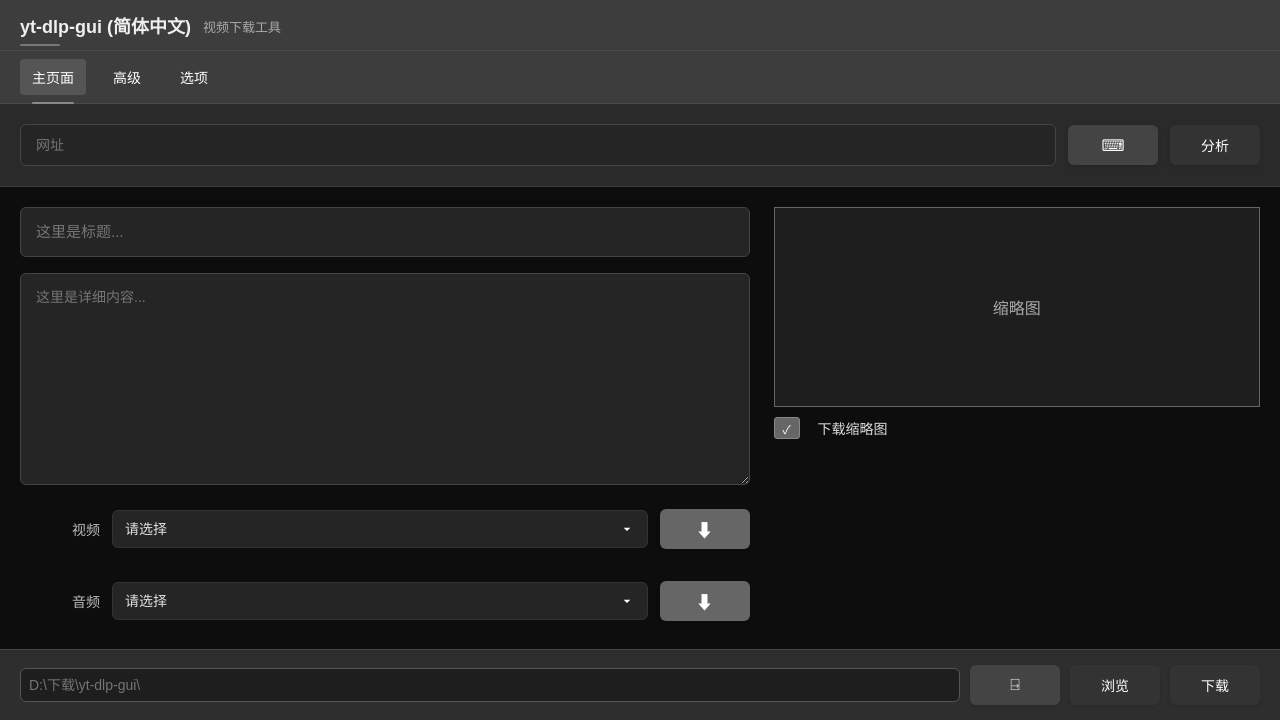
Repository: zArvin6808/yt-TubeSaver
Page: index.html
An editor plug-in stored every save of this project. The page is shown before and after the next save, followed by the edit.
The browser window is 1280 px wide. The pictures show the whole page.

Above is the page before, as saved 2025-06-07 16:55:51.

### index.html
<!DOCTYPE html>
<html lang="zh-CN">
<head>
  <meta charset="UTF-8" />
  <title>yt-dlp-gui (简体中文)</title>
  <meta name="viewport" content="width=device-width, initial-scale=1.0"/>
  <link rel="stylesheet" href="style.css" />
</head>
<body>

  <!-- 标题栏 -->
  <div class="title-bar">
    <h1>yt-dlp-gui (简体中文)</h1>
    <span>视频下载工具</span>
  </div>

  <!-- 导航栏 -->
  <div class="navbar">
    <a href="#" class="nav-link active" data-page="main">主页面</a>
    <a href="#" class="nav-link" data-page="advanced">高级</a>
    <a href="#" class="nav-link" data-page="settings">选项</a>
  </div>

  <!-- 主页面内容 -->
  <div id="main" class="page active">
    <!-- 网址与按钮 占据整行 -->
    <div class="url-analysis-row">
      <input type="text" id="urlInput" placeholder="网址" />
      <button class="icon-button" id="pasteButton">⌨</button>
      <button id="analyzeButton">分析</button>
    </div>

    <!-- 主内容 -->
    <div class="main">
      <!-- 左侧面板 -->
      <div class="left-panel">
        <textarea class="title-input" id="titleInput" placeholder="这里是标题..." readonly></textarea>
        <textarea class="content-textarea" id="contentTextarea" placeholder="这里是详细内容..."></textarea>

        <!-- 视频行 -->
        <div class="select-group">
          <label for="video-select">视频</label>
          <select id="video-select">
            <option>请选择</option>
            <option value="video1">视频格式1</option>
            <option value="video2">视频格式2</option>
          </select>
          <button class="download-button" id="downloadVideoButton">⬇</button>
        </div>

        <!-- 音频行 -->
        <div class="select-group">
          <label for="audio-select">音频</label>
          <select id="audio-select">
            <option>请选择</option>
            <option value="audio1">音频格式1</option>
            <option value="audio2">音频格式2</option>
          </select>
          <button class="download-button" id="downloadAudioButton">⬇</button>
        </div>
      </div>

      <!-- 右侧面板 -->
      <div class="right-panel">
        <div class="thumbnail" id="thumbnailPreview">缩略图</div>
        <div class="checkbox-group">
          <input type="checkbox" id="download-thumb" checked />
          <label for="download-thumb">下载缩略图</label>
        </div>
      </div>
    </div>

    <!-- 路径栏 -->
    <div class="path-bar">
      <input type="text" id="pathInput" placeholder="D:\下载\yt-dlp-gui\" />
      <button class="icon-button" id="refreshPathButton">⍈</button>
      <button id="selectPathButton">浏览</button>
      <button id="downloadButton">下载</button>
    </div>
  </div>

  <!-- 高级页面 -->
  <div id="advanced" class="page">
    <div class="test-content">
      <h2>高级设置（测试页面）</h2>
      <p>这是高级设置页面的测试内容。该页面将用于配置更详细的下载选项。</p>
      <p>未来这里将包含：</p>
      <ul style="color: #aaa; margin-left: 20px;">
        <li>视频质量设置</li>
        <li>下载速度限制</li>
        <li>字幕选项</li>
        <li>格式选择</li>
      </ul>
    </div>
  </div>

  <!-- 选项页面 -->
  <div id="settings" class="page">
    <div class="test-content">
      <h2>全局设置（测试页面）</h2>
      <p>这是选项设置页面的测试内容。该页面将用于配置软件的全局设置。</p>
      <p>未来这里将包含：</p>
      <ul style="color: #aaa; margin-left: 20px;">
        <li>界面语言设置</li>
        <li>默认下载路径</li>
        <li>代理设置</li>
        <li>主题选择</li>
      </ul>
    </div>
  </div>

  <script src="script.js"></script>
</body>
</html>

### style.css
    * {
      box-sizing: border-box;
      margin: 0;
      padding: 0;
      font-family: "Microsoft YaHei", sans-serif;
    }

    body {
      background-color: #2e2e2e;
      color: #ffffff;
      display: flex;
      flex-direction: column;
      min-height: 100vh;
    }

    /* 标题栏 */
    .title-bar {
      background-color: #3d3d3d;
      display: flex;
      align-items: center;
      padding: 12px 20px;
      gap: 12px;
      border-bottom: 1px solid #4a4a4a;
    }

    .title-bar h1 {
      font-size: 18px;
      margin: 0;
      font-weight: 600;
      position: relative;
    }

    .title-bar h1::after {
      content: "";
      position: absolute;
      bottom: -8px;
      left: 0;
      width: 40px;
      height: 2px;
      background-color: #777;
      border-radius: 1px;
    }

    .title-bar span {
      font-size: 13px;
      color: #aaa;
      margin-top: 2px;
    }

    /* 导航栏 */
    .navbar {
      background-color: #3d3d3d;
      display: flex;
      padding: 8px 20px;
      gap: 15px;
      border-bottom: 1px solid #4a4a4a;
    }

    .navbar a {
      color: white;
      text-decoration: none;
      font-size: 14px;
      cursor: pointer;
      padding: 8px 12px;
      border-radius: 4px;
      transition: all 0.2s ease;
      position: relative;
    }

    .navbar a:hover {
      background-color: #4a4a4a;
      transform: translateY(-1px);
    }

    .navbar a.active {
      background-color: #555;
      font-weight: 500;
    }

    .navbar a.active::after {
      content: "";
      position: absolute;
      bottom: -9px;
      left: 12px;
      right: 12px;
      height: 2px;
      background-color: #888;
      border-radius: 1px;
    }

    @media (max-width: 768px) {
      .title-bar {
        padding: 10px 15px;
      }

      .title-bar h1 {
        font-size: 16px;
      }

      .title-bar span {
        font-size: 12px;
      }

      .navbar {
        padding: 6px 15px;
        gap: 10px;
      }

      .navbar a {
        padding: 6px 10px;
        font-size: 13px;
      }
    }

    /* 页面切换相关样式 */
    .page {
      display: none;
      flex-direction: column;
      flex-grow: 1;
    }

    .page.active {
      display: flex;
    }

    /* 网址与按钮容器：占满整行 */
    .url-analysis-row {
      display: flex;
      align-items: center;
      padding: 20px;
      gap: 12px;
      width: 100%;
      box-sizing: border-box;
      background-color: #2a2a2a;
      border-bottom: 1px solid #3a3a3a;
    }

    .url-analysis-row input[type="text"] {
      background-color: #252525;
      color: #ffffff;
      border: 1px solid #444;
      padding: 12px 15px;
      font-size: 14px;
      flex-grow: 1;
      border-radius: 6px;
      transition: all 0.2s ease;
    }

    .url-analysis-row input[type="text"]:focus {
      outline: none;
      border-color: #666;
      box-shadow: 0 0 0 3px rgba(100, 100, 100, 0.3);
      background-color: #2a2a2a;
    }

    .url-analysis-row.loading {
      position: relative;
    }

    .url-analysis-row.loading::after {
      content: "";
      position: absolute;
      bottom: 0;
      left: 0;
      width: 100%;
      height: 2px;
      background: linear-gradient(90deg, transparent, #666, transparent);
      animation: loading 1.5s infinite;
    }

    @keyframes loading {
      0% { transform: translateX(-100%); }
      100% { transform: translateX(100%); }
    }

    /* 主内容容器 */
    .main {
      display: flex;
      flex-direction: row;
      padding: 20px;
      gap: 24px;
      flex-grow: 1;
    }

    /* 左侧区域 */
    .left-panel {
      display: flex;
      flex-direction: column;
      width: 60%;
      gap: 16px;
    }

    .title-input {
      background-color: #252525;
      color: #ffffff;
      border: 1px solid #444;
      padding: 12px 15px;
      font-size: 15px;
      height: 50px;
      resize: none;
      border-radius: 6px;
      transition: all 0.2s ease;
    }

    .title-input:focus {
      outline: none;
      border-color: #666;
      box-shadow: 0 0 0 3px rgba(100, 100, 100, 0.3);
      background-color: #2a2a2a;
    }

    .content-textarea {
      background-color: #252525;
      color: #ffffff;
      border: 1px solid #444;
      padding: 12px 15px;
      font-size: 14px;
      resize: vertical;
      min-height: 120px;
      flex-grow: 1;
      border-radius: 6px;
      transition: all 0.2s ease;
    }

    .content-textarea:focus {
      outline: none;
      border-color: #666;
      box-shadow: 0 0 0 3px rgba(100, 100, 100, 0.3);
      background-color: #2a2a2a;
    }

    /* 视频/音频选择器 - 每组一行 */
    .select-group {
      display: flex;
      align-items: center;
      gap: 12px;
      padding: 8px 0;
    }

    select {
      background-color: #252525;
      color: #ffffff;
      border: 1px solid #444;
      padding: 8px 12px;
      font-size: 14px;
      flex-grow: 1;
      border-radius: 6px;
      transition: all 0.2s ease;
      appearance: none;
      background-image: url("data:[embedded picture, 150 characters]");
      background-repeat: no-repeat;
      background-position: right 12px center;
      background-size: 16px;
    }

    select:focus {
      outline: none;
      border-color: #666;
      box-shadow: 0 0 0 3px rgba(100, 100, 100, 0.3);
      background-color: #2a2a2a;
    }

    label {
      font-size: 14px;
      text-align: right;
      flex-shrink: 0;
      width: 80px;
      color: #bbb;
    }

    /* 基础按钮样式 */
    button {
      background-color: #444;
      color: white;
      border: none;
      padding: 10px 16px;
      cursor: pointer;
      font-size: 14px;
      transition: all 0.2s cubic-bezier(0.22, 1, 0.36, 1);
      border-radius: 6px;
      min-width: 90px;
      font-weight: 500;
      display: flex;
      align-items: center;
      justify-content: center;
      gap: 6px;
      position: relative;
      overflow: hidden;
    }

    button:hover {
      background-color: #555;
      transform: translateY(-1px);
      box-shadow: 0 2px 8px rgba(0, 0, 0, 0.2);
    }

    button:active {
      background-color: #3a3a3a;
      transform: translateY(0);
      box-shadow: 0 1px 2px rgba(0, 0, 0, 0.1);
    }

    button:disabled {
      opacity: 0.7;
      cursor: not-allowed;
      transform: none !important;
    }

    button .spinner {
      width: 16px;
      height: 16px;
      border: 2px solid rgba(255, 255, 255, 0.3);
      border-radius: 50%;
      border-top-color: white;
      animation: spin 0.8s linear infinite;
      margin-right: 6px;
    }

    @keyframes spin {
      to { transform: rotate(360deg); }
    }

    button.primary {
      background-color: #666;
      box-shadow: 0 2px 4px rgba(0, 0, 0, 0.2);
    }

    button.primary:hover {
      background-color: #777;
      box-shadow: 0 4px 8px rgba(0, 0, 0, 0.2);
    }

    button.primary:active {
      background-color: #5a5a5a;
      box-shadow: 0 1px 2px rgba(0, 0, 0, 0.1);
    }

    /* 图标按钮样式 */
    .icon-button {
      background-color: #444;
      color: #ffffff;
      border: none;
      cursor: pointer;
      font-size: 16px;
      transition: all 0.2s cubic-bezier(0.22, 1, 0.36, 1);
      display: flex;
      justify-content: center;
      align-items: center;
      border-radius: 6px;
      width: 40px;
      height: 40px;
      position: relative;
      overflow: hidden;
    }

    .icon-button:hover {
      background-color: #555;
      transform: translateY(-1px);
      box-shadow: 0 2px 8px rgba(0, 0, 0, 0.2);
    }

    .icon-button:active {
      background-color: #3a3a3a;
      transform: translateY(0);
      box-shadow: 0 1px 2px rgba(0, 0, 0, 0.1);
    }

    .icon-button:disabled {
      opacity: 0.7;
      cursor: not-allowed;
      transform: none !important;
    }

    /* 下载图标按钮样式 */
    .download-button {
      width: 40px;
      height: 40px;
      display: flex;
      justify-content: center;
      align-items: center;
      font-size: 18px;
      padding: 0;
      background-color: #666;
      border: none;
      border-radius: 6px;
      transition: all 0.2s cubic-bezier(0.22, 1, 0.36, 1);
      position: relative;
      overflow: hidden;
    }

    .download-button:hover {
      background-color: #777;
      transform: translateY(-1px);
      box-shadow: 0 2px 8px rgba(0, 0, 0, 0.2);
    }

    .download-button:active {
      background-color: #5a5a5a;
      transform: translateY(0);
      box-shadow: 0 1px 2px rgba(0, 0, 0, 0.1);
    }

    .download-button:disabled {
      opacity: 0.7;
      cursor: not-allowed;
      transform: none !important;
    }

    /* 错误状态 */
    .error-state {
      border-color: #ff4d4d !important;
      background-color: #2a1a1a !important;
    }

    .error-state:focus {
      box-shadow: 0 0 0 3px rgba(255, 77, 77, 0.3) !important;
    }

    /* 成功状态 */
    .success-state {
      border-color: #4dff4d !important;
      background-color: #1a2a1a !important;
    }

    .success-state:focus {
      box-shadow: 0 0 0 3px rgba(77, 255, 77, 0.3) !important;
    }

    /* 加载状态 */
    .loading-state::after {
      content: "";
      position: absolute;
      bottom: 0;
      left: 0;
      width: 100%;
      height: 2px;
      background: linear-gradient(90deg, transparent, #666, transparent);
      animation: loading 1.5s infinite;
    }

    @keyframes loading {
      0% { transform: translateX(-100%); }
      100% { transform: translateX(100%); }
    }

    @media (max-width: 768px) {
      .main {
        flex-direction: column;
        padding: 15px;
        gap: 16px;
      }

      .left-panel, .right-panel {
        width: 100%;
      }

      .url-analysis-row {
        padding: 15px;
        gap: 10px;
      }

      .select-group {
        flex-direction: column;
        align-items: flex-start;
      }

      label {
        width: auto;
        text-align: left;
      }
    }

    /* 右侧面板：缩略图和下载缩略图选项 */
    .right-panel {
      display: flex;
      flex-direction: column;
      width: 40%;
      gap: 10px;
    }

    .thumbnail {
      width: 100%;
      height: 200px;
      background-color: #1e1e1e;
      display: flex;
      justify-content: center;
      align-items: center;
      color: #aaa;
      font-size: 16px;
      border: 1px solid #666;
      transition: all 0.2s ease;
    }

    .thumbnail.loading {
      background-color: #252525;
      border-color: #888;
    }

    .thumbnail img {
      max-width: 100%;
      max-height: 100%;
      object-fit: contain;
    }

    .checkbox-group {
      display: flex;
      align-items: center;
      gap: 8px;
    }

    .checkbox-group input[type="checkbox"] {
      appearance: none;
      width: 16px;
      height: 16px;
      border: 1px solid #666;
      background-color: #1e1e1e;
      border-radius: 3px;
      cursor: pointer;
      position: relative;
      transition: all 0.2s ease;
    }

    .checkbox-group input[type="checkbox"]:checked {
      background-color: #666;
      border-color: #888;
    }

    .checkbox-group input[type="checkbox"]:checked::after {
      content: "✓";
      position: absolute;
      color: white;
      font-size: 12px;
      top: 50%;
      left: 50%;
      transform: translate(-50%, -50%);
    }

    .checkbox-group input[type="checkbox"]:focus {
      outline: none;
      box-shadow: 0 0 0 2px rgba(150, 150, 150, 0.2);
    }

    .checkbox-group label {
      font-size: 14px;
      color: #ddd;
      cursor: pointer;
    }

    /* 路径栏 */
    .path-bar {
      display: flex;
      align-items: center;
      gap: 10px;
      padding: 15px 20px;
      background-color: #2e2e2e;
      border-top: 1px solid #444;
    }

    .path-bar input {
      flex-grow: 1;
      padding: 8px;
      background-color: #1e1e1e;
      color: #fff;
      border: 1px solid #555;
      font-size: 14px;
    }

    /* 测试页面样式 */
    .test-content {
      padding: 20px;
      display: flex;
      flex-direction: column;
      gap: 20px;
    }

    .test-content h2 {
      color: #fff;
      font-size: 18px;
      margin-bottom: 10px;
    }

    .test-content p {
      color: #aaa;
      font-size: 14px;
      line-height: 1.6;
    }

    /* 滚动条样式 */
    ::-webkit-scrollbar {
      width: 10px;
      height: 10px;
    }
    ::-webkit-scrollbar-track {
      background: #1e1e1e;
      border-radius: 5px;
    }
    ::-webkit-scrollbar-thumb {
      background: #666;
      border-radius: 5px;
      border: 2px solid #1e1e1e;
      transition: all 0.3s cubic-bezier(0.22, 1, 0.36, 1);
    }
    ::-webkit-scrollbar-thumb:hover {
      background: #777;
      transform: scale(1.05);
    }
    ::-webkit-scrollbar-corner {
      background: #1e1e1e;
    }

    /* 全局美化 - 增强版 */
    body {
      color: #f0f0f0;
      background-color: #0d0d0d;
      font-smooth: antialiased;
      -webkit-font-smoothing: antialiased;
    }

    /* 增强的卡片样式 */
    .card {
      background-color: #1a1a1a;
      border-radius: 12px;
      padding: 24px;
      box-shadow:
        0 2px 4px rgba(0, 0, 0, 0.1),
        0 4px 12px rgba(0, 0, 0, 0.15),
        0 8px 24px rgba(0, 0, 0, 0.2);
      transition:
        transform 0.3s cubic-bezier(0.34, 1.56, 0.64, 1),
        box-shadow 0.3s cubic-bezier(0.34, 1.56, 0.64, 1);
      border: 1px solid #2a2a2a;
      position: relative;
      overflow: hidden;
    }

    .card::before {
      content: '';
      position: absolute;
      top: 0;
      left: 0;
      right: 0;
      height: 1px;
      background: linear-gradient(90deg, transparent, #444, transparent);
    }

    .card:hover {
      box-shadow:
        0 4px 8px rgba(0, 0, 0, 0.15),
        0 8px 24px rgba(0, 0, 0, 0.25),
        0 16px 48px rgba(0, 0, 0, 0.3);
      transform: translateY(-4px);
    }

    .card:active {
      transform: translateY(-1px);
      transition-duration: 0.1s;
    }

    /* 按钮美化 */
    button {
      background-color: #333;
      color: white;
      border: none;
      padding: 10px 20px;
      border-radius: 6px;
      cursor: pointer;
      font-size: 14px;
      transition: all 0.3s cubic-bezier(0.22, 1, 0.36, 1);
      box-shadow: 0 2px 4px rgba(0, 0, 0, 0.1);
      position: relative;
      overflow: hidden;
    }

    button:hover {
      background-color: #444;
      box-shadow: 0 4px 8px rgba(0, 0, 0, 0.2);
      transform: translateY(-1px);
    }

    button:active {
      background-color: #2a2a2a;
      transform: translateY(0);
    }

    button.primary {
      background-color: #555;
      box-shadow: 0 2px 6px rgba(0, 0, 0, 0.2);
    }

    button.primary:hover {
      background-color: #666;
    }

    /* 输入框美化 */
    input, textarea, select {
      background-color: #252525;
      border: 1px solid #333;
      color: #e0e0e0;
      padding: 10px 12px;
      border-radius: 6px;
      transition: all 0.3s ease;
    }

    input:focus, textarea:focus, select:focus {
      outline: none;
      border-color: #555;
      box-shadow: 0 0 0 2px rgba(85, 85, 85, 0.2);
    }

    /* 分隔线 */
    hr {
      border: none;
      height: 1px;
      background-color: #333;
      margin: 20px 0;
    }

    /* 链接样式 */
    a {
      color: #9e9e9e;
      text-decoration: none;
      transition: color 0.2s ease;
    }

    a:hover {
      color: #e0e0e0;
      text-decoration: underline;
    }

    /* Toast通知系统 */
    .toast-container {
      position: fixed;
      bottom: 20px;
      right: 20px;
      display: flex;
      flex-direction: column;
      gap: 10px;
      z-index: 1000;
      max-width: 300px;
    }

    .toast {
      padding: 12px 16px;
      border-radius: 6px;
      color: white;
      font-size: 14px;
      display: flex;
      align-items: center;
      gap: 10px;
      box-shadow: 0 4px 12px rgba(0, 0, 0, 0.15);
      opacity: 0;
      transform: translateY(20px);
      transition: all 0.3s cubic-bezier(0.22, 1, 0.36, 1);
      position: relative;
      overflow: hidden;
    }

    .toast.show {
      opacity: 1;
      transform: translateY(0);
    }

    .toast.hide {
      opacity: 0;
      transform: translateY(-20px);
    }

    .toast::after {
      content: "";
      position: absolute;
      bottom: 0;
      left: 0;
      width: 100%;
      height: 4px;
      background: rgba(255, 255, 255, 0.3);
    }

    .toast::before {
      content: "";
      position: absolute;
      bottom: 0;
      left: 0;
      width: 100%;
      height: 4px;
      background: rgba(255, 255, 255, 0.6);
      animation: toastProgress 3s linear forwards;
    }

    @keyframes toastProgress {
      from { width: 100%; }
      to { width: 0%; }
    }

    .toast-success {
      background-color: #2e7d32;
    }

    .toast-error {
      background-color: #c62828;
    }

    .toast-warning {
      background-color: #f9a825;
      color: #212121;
    }

    .toast-info {
      background-color: #0277bd;
    }

    .toast-icon {
      font-size: 18px;
      flex-shrink: 0;
    }

    .toast-close {
      margin-left: auto;
      cursor: pointer;
      opacity: 0.7;
      transition: opacity 0.2s;
      padding: 4px;
      display: flex;
      align-items: center;
      justify-content: center;
    }

    .toast-close:hover {
      opacity: 1;
    }

    @media (max-width: 768px) {
      .toast-container {
        bottom: 10px;
        right: 10px;
        left: 10px;
        max-width: none;
      }

      .toast {
        width: 100%;
        box-sizing: border-box;
      }
    }

Loaded but not shown: script.js (398 lines, source omitted)

After the next save:
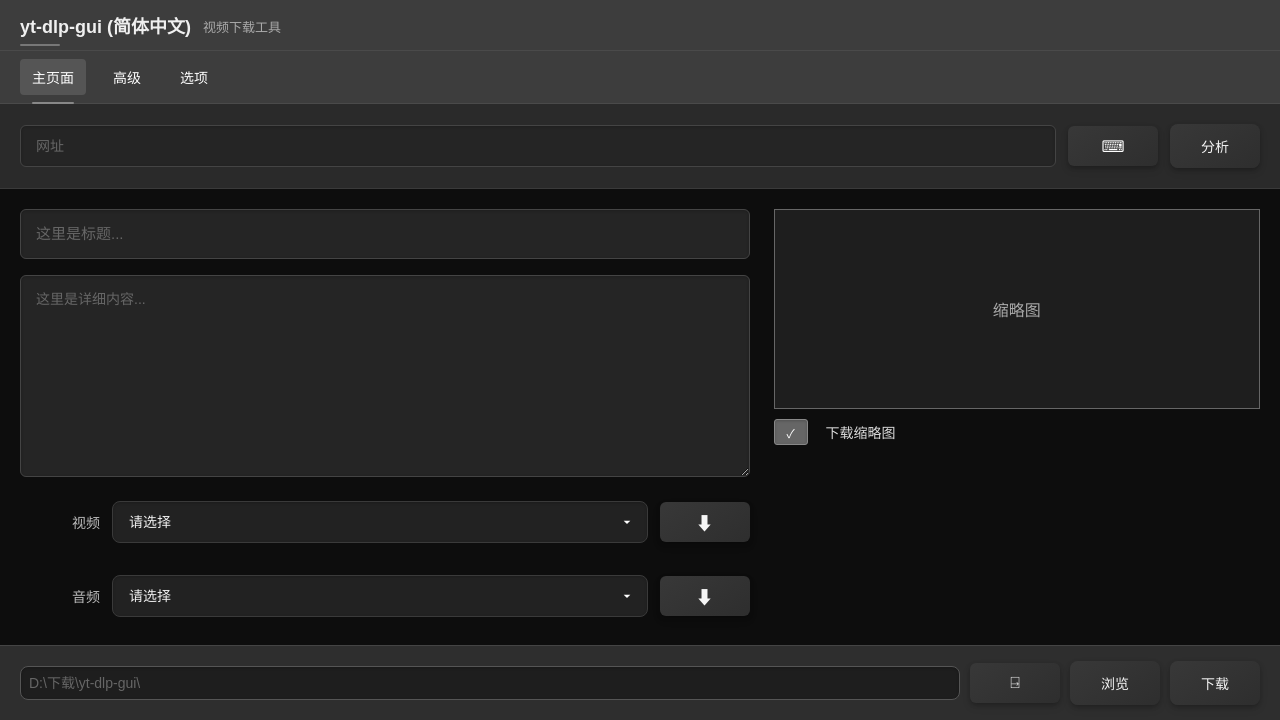
Saved 87 s later.
--- a/style.css
+++ b/style.css
@@ -656,55 +656,117 @@
       transition-duration: 0.1s;
     }
 
-    /* 按钮美化 */
+    /* 增强的按钮样式 */
     button {
-      background-color: #333;
-      color: white;
+      background: linear-gradient(145deg, #383838, #2e2e2e);
+      color: #f5f5f5;
       border: none;
-      padding: 10px 20px;
-      border-radius: 6px;
+      padding: 12px 24px;
+      border-radius: 8px;
       cursor: pointer;
       font-size: 14px;
-      transition: all 0.3s cubic-bezier(0.22, 1, 0.36, 1);
-      box-shadow: 0 2px 4px rgba(0, 0, 0, 0.1);
+      font-weight: 500;
+      transition: all 0.3s cubic-bezier(0.34, 1.56, 0.64, 1);
+      box-shadow:
+        0 2px 4px rgba(0, 0, 0, 0.2),
+        0 4px 8px rgba(0, 0, 0, 0.1);
       position: relative;
       overflow: hidden;
+      transform-style: preserve-3d;
+    }
+
+    button::before {
+      content: '';
+      position: absolute;
+      top: 0;
+      left: 0;
+      right: 0;
+      bottom: 0;
+      background: linear-gradient(145deg, #444, #3a3a3a);
+      opacity: 0;
+      transition: opacity 0.3s ease;
+      z-index: -1;
     }
 
     button:hover {
-      background-color: #444;
-      box-shadow: 0 4px 8px rgba(0, 0, 0, 0.2);
-      transform: translateY(-1px);
+      transform: translateY(-2px) scale(1.02);
+      box-shadow:
+        0 4px 8px rgba(0, 0, 0, 0.25),
+        0 8px 16px rgba(0, 0, 0, 0.15);
     }
 
     button:active {
-      background-color: #2a2a2a;
-      transform: translateY(0);
+      transform: translateY(1px) scale(0.98);
+      box-shadow:
+        0 1px 2px rgba(0, 0, 0, 0.2);
+      transition-duration: 0.1s;
+    }
+
+    button:active::before {
+      opacity: 1;
     }
 
     button.primary {
-      background-color: #555;
-      box-shadow: 0 2px 6px rgba(0, 0, 0, 0.2);
-    }
-
-    button.primary:hover {
-      background-color: #666;
-    }
-
-    /* 输入框美化 */
+      background: linear-gradient(145deg, #4a4a4a, #3f3f3f);
+    }
+
+    button.primary::before {
+      background: linear-gradient(145deg, #555, #4a4a4a);
+    }
+
+    button.loading::after {
+      content: '';
+      position: absolute;
+      top: 50%;
+      left: 50%;
+      width: 16px;
+      height: 16px;
+      margin: -8px 0 0 -8px;
+      border: 2px solid rgba(255,255,255,0.3);
+      border-top-color: white;
+      border-radius: 50%;
+      animation: spin 0.8s linear infinite;
+    }
+
+    @keyframes spin {
+      to { transform: rotate(360deg); }
+    }
+
+    /* 增强的输入框样式 */
     input, textarea, select {
-      background-color: #252525;
-      border: 1px solid #333;
-      color: #e0e0e0;
-      padding: 10px 12px;
-      border-radius: 6px;
-      transition: all 0.3s ease;
+      background-color: #222;
+      border: 1px solid #3a3a3a;
+      color: #f0f0f0;
+      padding: 12px 16px;
+      border-radius: 8px;
+      transition: all 0.3s cubic-bezier(0.34, 1.56, 0.64, 1);
+      box-shadow: inset 0 1px 3px rgba(0, 0, 0, 0.2);
+      font-size: 14px;
+    }
+
+    input::placeholder, textarea::placeholder {
+      color: #666;
+      opacity: 1;
     }
 
     input:focus, textarea:focus, select:focus {
       outline: none;
       border-color: #555;
-      box-shadow: 0 0 0 2px rgba(85, 85, 85, 0.2);
+      box-shadow:
+        inset 0 1px 3px rgba(0, 0, 0, 0.2),
+        0 0 0 3px rgba(85, 85, 85, 0.2);
+    }
+
+    input.error, textarea.error {
+      border-color: #d32f2f;
+      animation: shake 0.5s cubic-bezier(.36,.07,.19,.97) both;
+    }
+
+    @keyframes shake {
+      10%, 90% { transform: translateX(-1px); }
+      20%, 80% { transform: translateX(2px); }
+      30%, 50%, 70% { transform: translateX(-3px); }
+      40%, 60% { transform: translateX(3px); }
     }
 
     /* 分隔线 */
